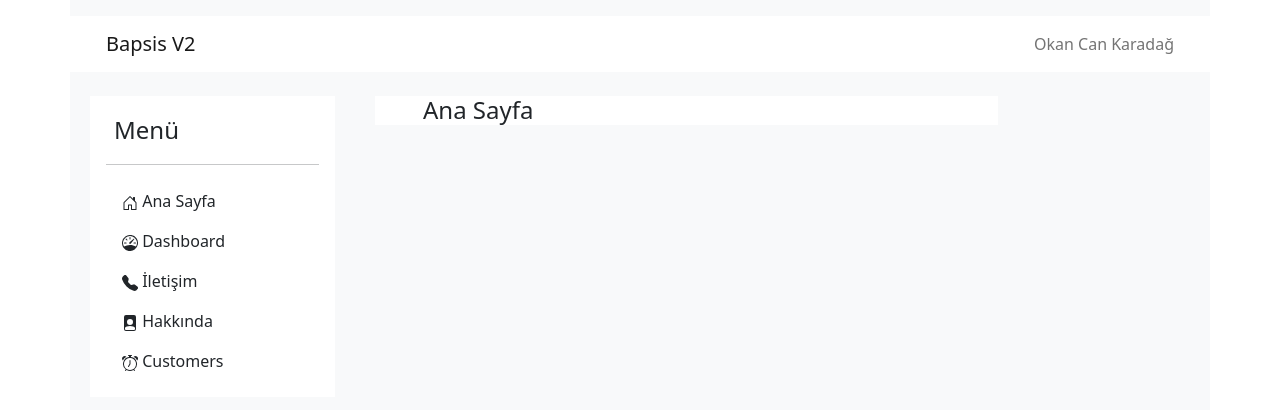
Repository: okankrdg/ReactCoreTemplate
Page: / (app in ReactCoreTemplate/client/)
An editor plug-in stored every save of this project. The page is shown before and after the next save, followed by the edit.
The browser window is 1280 px wide. The pictures show the whole page.
The project was rebuilt for these pictures with package versions that can differ from the ones it lists, and the page was loaded fresh each time. Also part of the build but not shown: ReactCoreTemplate/client/src/App.css.

Above is the page before, as saved 2021-09-06 23:29:30.

After the next save:
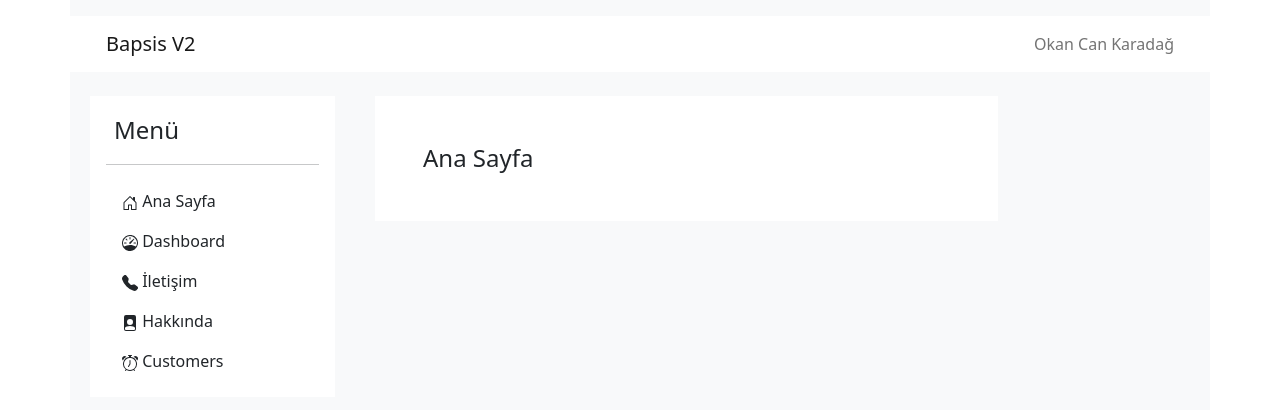
Saved 7 s later.
--- a/ReactCoreTemplate/client/src/Pages/NavLinkComps.js
+++ b/ReactCoreTemplate/client/src/Pages/NavLinkComps.js
@@ -1,5 +1,5 @@
 const Home = () => {
-  return <h4 className="px-5">Ana Sayfa</h4>;
+  return <h4 className="p-5">Ana Sayfa</h4>;
 };
 const Dashboard = () => {
   return <h4>Dashboard</h4>;
